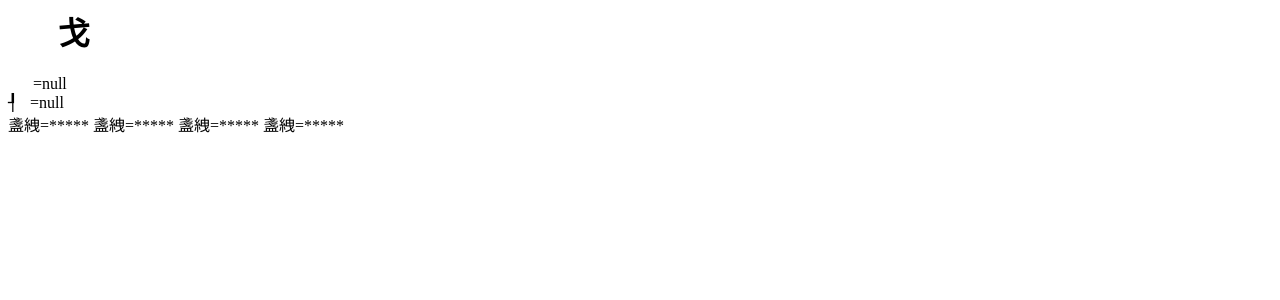
Repository: jtlai0921/javaweb1108
Page: http://localhost/javawebex/ex3
The author's editor kept a copy of each file at every save. The page is drawn from the files as they stood at one save, then again after a run of saves.
The browser window is 1280 px wide. The pictures show the whole page.
The page is served by Tomcat 9. Other server files are loaded and not shown.

Above is the page before, as saved 2020-11-15 07:32:11.

### javawebex/src/day2/ex3.java
package day2;

import java.io.IOException;
import java.io.PrintWriter;

import javax.servlet.ServletException;
import javax.servlet.annotation.WebServlet;
import javax.servlet.http.HttpServlet;
import javax.servlet.http.HttpServletRequest;
import javax.servlet.http.HttpServletResponse;


@WebServlet("/ex3")
public class ex3 extends HttpServlet {
	private static final long serialVersionUID = 1L;


    public ex3() {
        super();

    }


	protected void service(HttpServletRequest request, HttpServletResponse response) throws ServletException, IOException {
		System.out.println("password="+request.getParameter("password"));
		response.setContentType("text/html");
		response.setCharacterEncoding("utf-8");
		PrintWriter out=response.getWriter();
		String Name=request.getParameter("name");
		String Password=request.getParameter("password");
		String Sex=request.getParameter("sex");
		out.println("<h1>戈</h1>");
		out.println("﹎="+Name+"<br>");
		out.println("┦="+Sex+"<br>");
		out.println("盞絏="+"*****");
		out.println("盞絏="+"*****");
		out.println("盞絏="+"*****");
		out.println("盞絏="+"*****");
	}



}

After the next 2 saves:
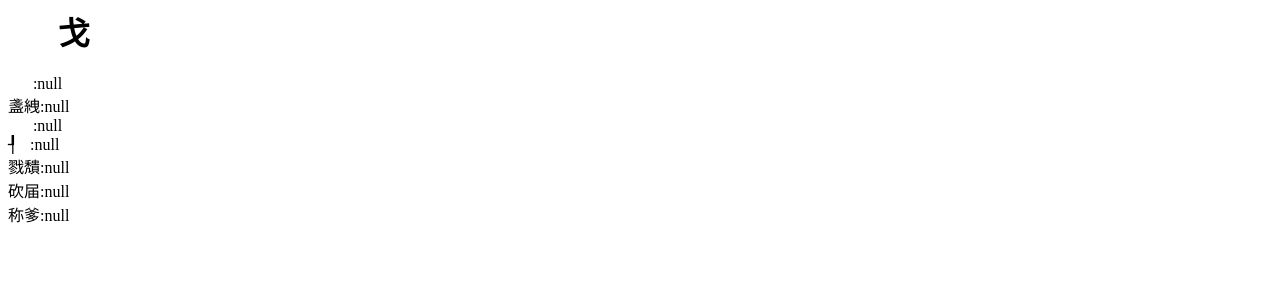
The 2 saves are shown as one change because 1 did not build or start.
The last was saved 11 min 28 s later.
--- a/javawebex/src/day2/ex3.java
+++ b/javawebex/src/day2/ex3.java
@@ -28,14 +28,20 @@ public class ex3 extends HttpServlet {
 		PrintWriter out=response.getWriter();
 		String Name=request.getParameter("name");
 		String Password=request.getParameter("password");
+		String Address=request.getParameter("address");
 		String Sex=request.getParameter("sex");
-		out.println("<h1>戈</h1>");
-		out.println("﹎="+Name+"<br>");
-		out.println("┦="+Sex+"<br>");
-		out.println("盞絏="+"*****");
-		out.println("盞絏="+"*****");
-		out.println("盞絏="+"*****");
-		out.println("盞絏="+"*****");
+		String Carrer=request.getParameter("carrer");//null
+		String Interest=request.getParameter("interest");
+		String Memery=request.getParameter("memery");
+
+		out.println("<h1>戈</h1>"+
+		"﹎:"+Name+
+		"<br>盞絏:"+Password+
+		"<br>:"+Address+
+		"<br>┦:"+Sex+
+		"<br>戮穨:"+Carrer+
+		"<br>砍届:"+Interest+
+		"<br>称爹:"+Memery);
 	}
 
 
